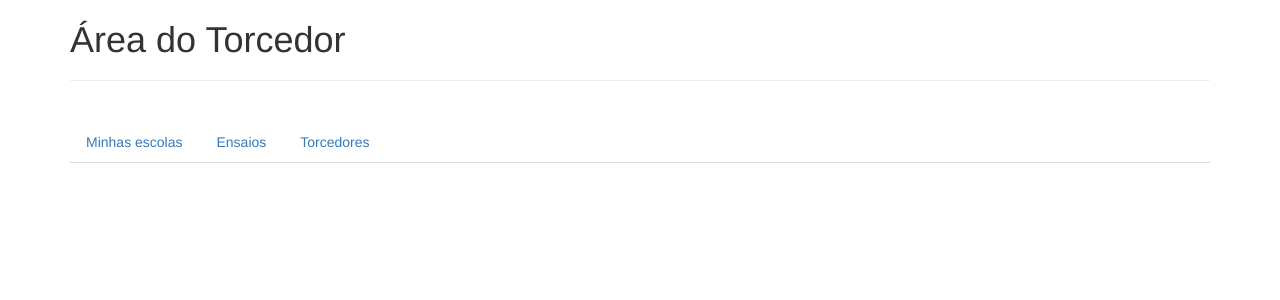
Repository: ProjetoBlocoInfnet/projeto-carnaval
Page: http://localhost/ProjetoCarnaval_Exemplo01/ControlaTorcedor
These files come from the project's save history. The page is drawn as it stood at one moment and after the next save; the edit follows.
The browser window is 1280 px wide. The pictures show the whole page.
Some web libraries are served in a nearby version. The page is served by Tomcat 9.

Above is the page before, as saved 2015-05-14 02:12:08.

After the next save:
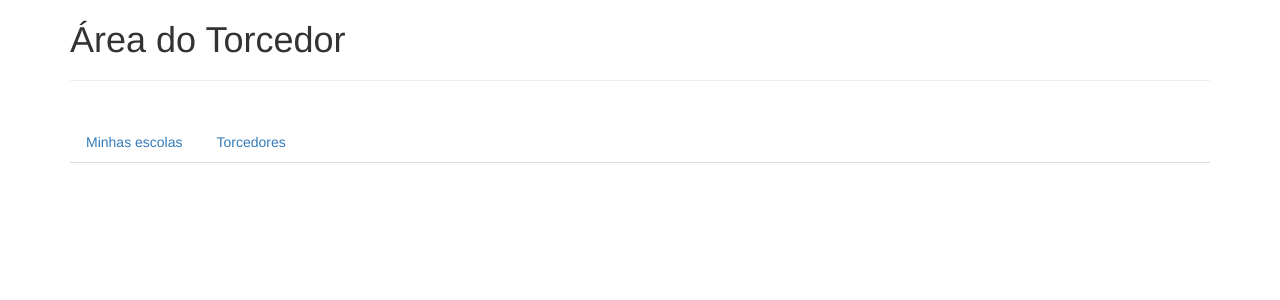
Saved 34 s later.
--- a/ProjetoCarnaval_Exemplo01/WebContent/indexTorcedor.jsp
+++ b/ProjetoCarnaval_Exemplo01/WebContent/indexTorcedor.jsp
@@ -34,7 +34,6 @@
 	<br>
 	<ul class="nav nav-tabs">
   		<li role="presentation"><a href="ControlaAreaIntegrante?tela=escolas">Minhas escolas</a></li>
-  		<li role="presentation"><a href="ControlaAreaIntegrante?tela=ensaios">Ensaios</a></li>
   		<li role="presentation"><a href="ControlaAreaIntegrante?tela=torcedores">Torcedores</a></li>
 	</ul>
 	<br><br>
